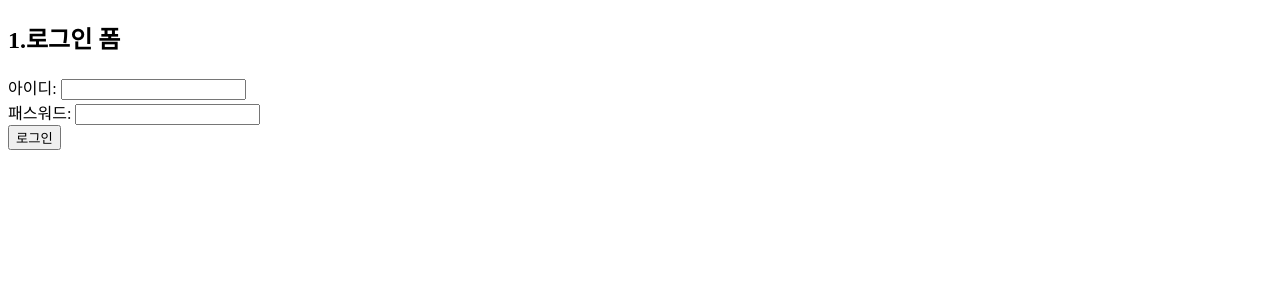
Repository: Motibidu/JSP_Servlet
Page: http://localhost/MushHaveJsp/02ImplicitObject/ResponseMain.jsp
These files come from the project's save history. The page is drawn as it stood at one moment and after a run of saves; the edit follows.
The browser window is 1280 px wide. The pictures show the whole page.
The page is served by Tomcat 10.

Above is the page before, as saved 2025-05-02 07:14:50.

After the next 2 saves:
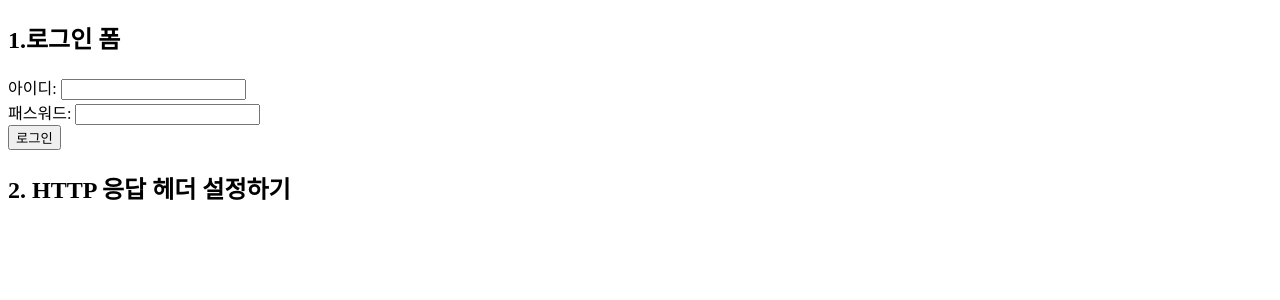
The 2 saves are shown as one change because they came seconds apart.
The last was saved 18 s later.
--- a/MushHaveJsp/src/main/webapp/02ImplicitObject/ResponseMain.jsp
+++ b/MushHaveJsp/src/main/webapp/02ImplicitObject/ResponseMain.jsp
@@ -22,5 +22,11 @@
 		<input type= "submit" value= "로그인"/>
 	</form>
 
+	<h2>2. HTTP 응답 헤더 설정하기</h2>
+	<form action= "./ResponseHeader.jsp" method= "get">
+
+
+	</form>
+
 </body>
 </html>
